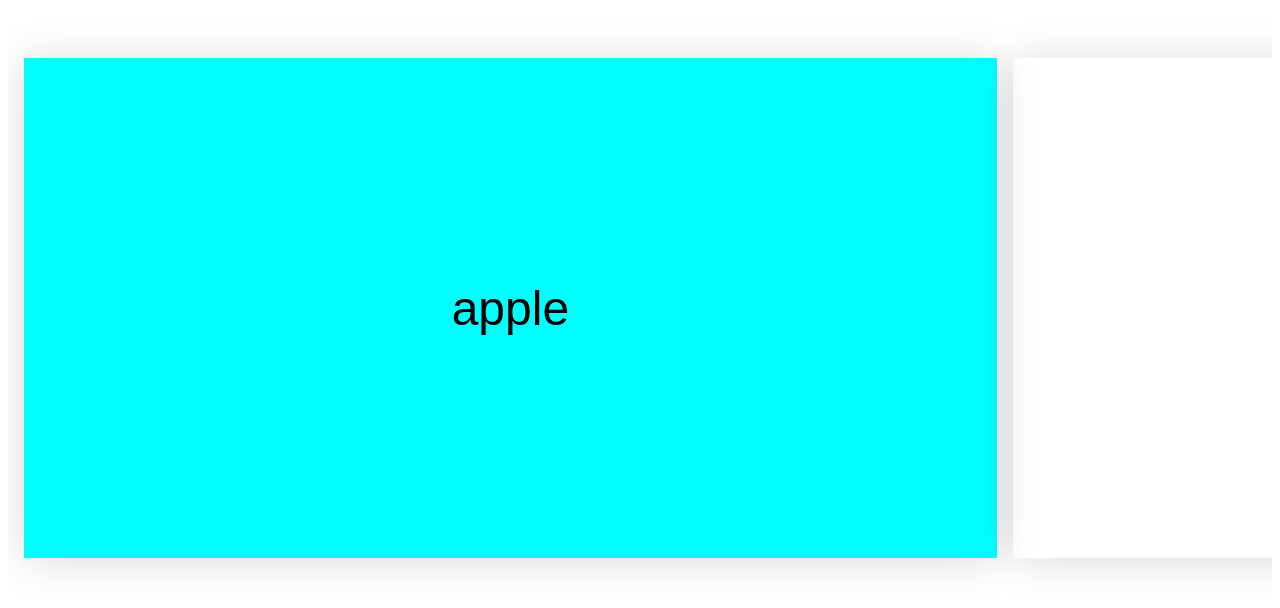
Repository: lzh15378738622/scroll-snap
Page: index.html
These files come from the project's save history. The page is drawn as it stood at one moment and after the next save; the edit follows.
The browser window is 1280 px wide. The pictures show the whole page.

Above is the page before, as saved 2022-02-26 23:18:34.

### index.html
<!--
 * @Date: 2022-02-26 11:43:45
 * @LastEditors: lzh886
 * 简单的滚动还在用swiper?
 * @LastEditTime: 2022-02-26 23:15:52
 * @FilePath: /scroll-snap/index.html
-->
<!DOCTYPE html>
<html lang="en">
  <head>
    <meta charset="UTF-8" />
    <meta http-equiv="X-UA-Compatible" content="IE=edge" />
    <meta name="viewport" content="width=device-width, initial-scale=1.0" />
    <title>Document</title>
    <link rel="stylesheet" href="./style.css" />
    <style></style>
  </head>

  <body>
    <main>
      <div>apple</div>
      <div>banana</div>
      <div>pear</div>
      <div>orange</div>
      <div>papa</div>
    </main>
  </body>
</html>

### style.css
@import url(https://fonts.googleapis.com/css?family=Source+Sans+Pro:300,400,600,700,300italic,400italic,600italic);
      body {
        font-family: "Merriweather Sans", sans-serif;
      }
      main {
        display: grid;
        grid-template-columns: repeat(5, 1fr);
        overflow-x: auto;
        padding-block: 38px;
        padding-inline: 1rem;
        margin-block: 20px;
        gap: 1rem;
        scroll-snap-type: x mandatory;
      }
      div {
        width: 76vw;
        height: 500px;
        box-shadow: 0 2px 40px rgba(0, 0, 0, 0.15);
        scroll-behavior: smooth;
        scroll-snap-align: center;
        scroll-snap-stop: always;
        display: flex;
        justify-content: center;
        align-items: center;
        font-size: 3rem;
      }
      main div:first-child{
        background-color: aqua;
      }

After the next save:
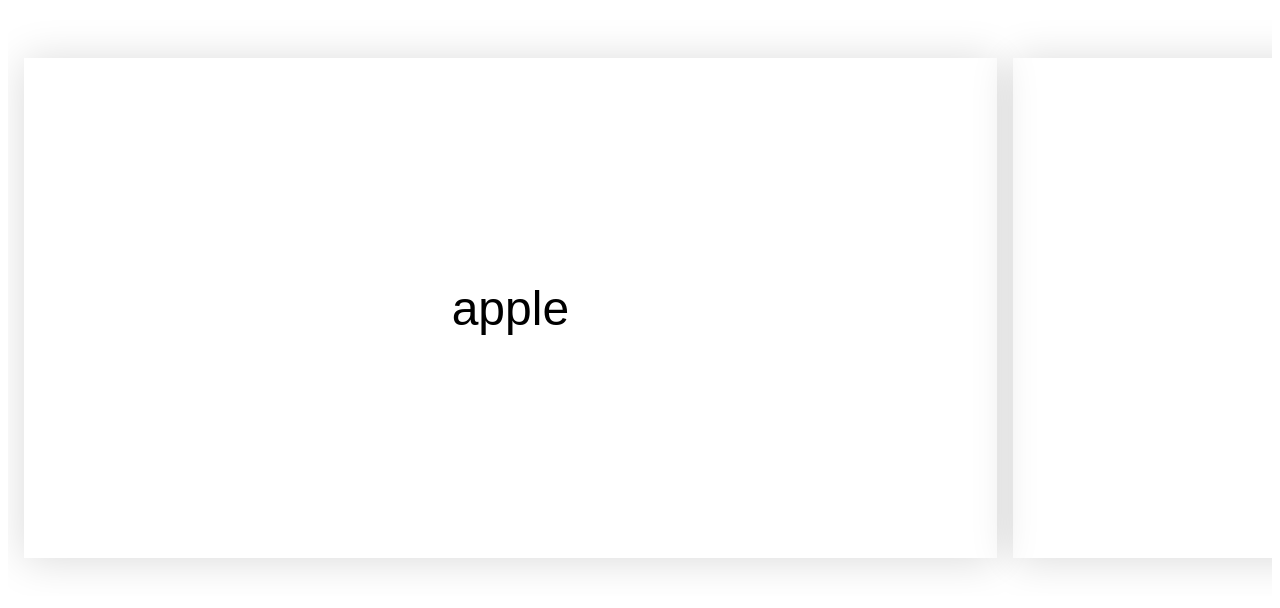
Saved 21 s later.
--- a/style.css
+++ b/style.css
@@ -24,6 +24,6 @@
         align-items: center;
         font-size: 3rem;
       }
-      main div:first-child{
+      main div:first{
         background-color: aqua;
       }
